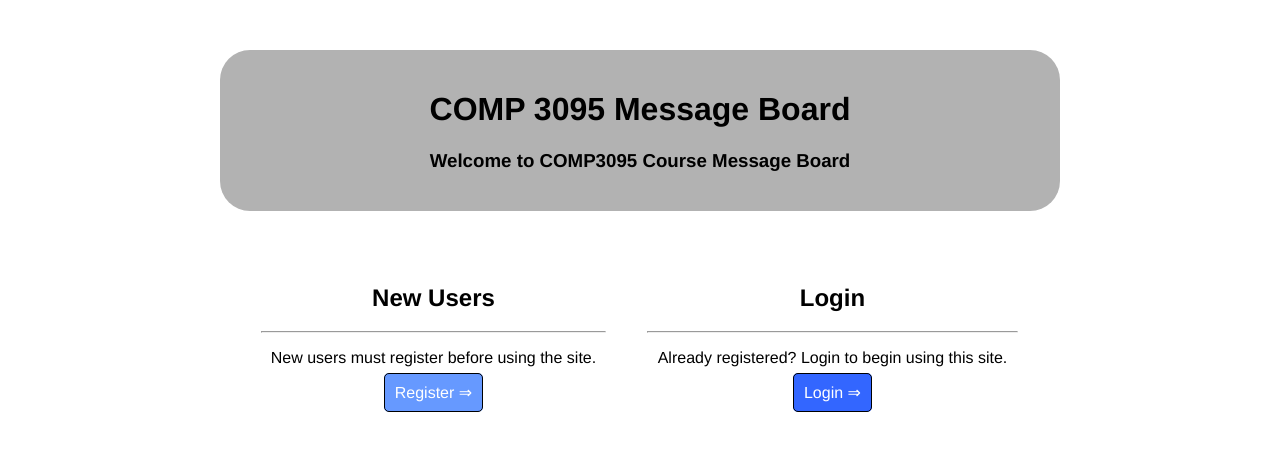
Repository: JesseFo/Whitespace
Page: whitespace/WebContent/WEB-INF/index.html
The author's editor kept a copy of each file at every save. The page is drawn from the files as they stood at one save, then again after the next save.
The browser window is 1280 px wide. The pictures show the whole page.
The first visible `a` is being pressed.

Above is the page before, as saved 2015-10-14 03:14:04.

After the next save:
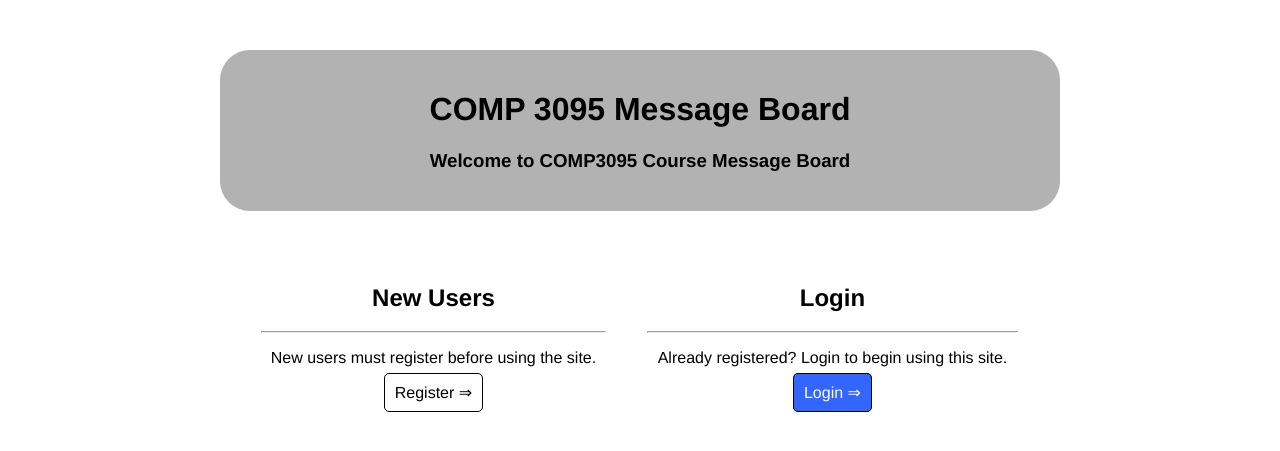
Saved 46 s later.
--- a/whitespace/WebContent/WEB-INF/index.css
+++ b/whitespace/WebContent/WEB-INF/index.css
@@ -39,3 +39,8 @@ a{
 a:hover{
 	background: #6699FF;
 }
+
+a:active{
+	background: white;
+	color: black;
+}
